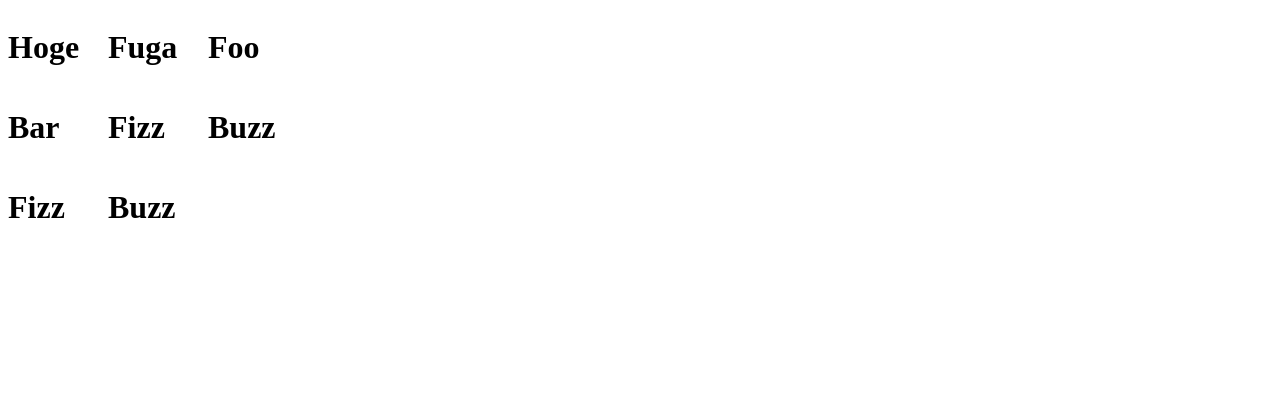
Repository: holly0324/samurai_HTML-CSS
Page: test.html
The author's editor kept a record of every edit. The page is drawn from the files as they stood at one moment, then again after the next edit.
The browser window is 1280 px wide. The pictures show the whole page.

Above is the page before.

After the next edit:
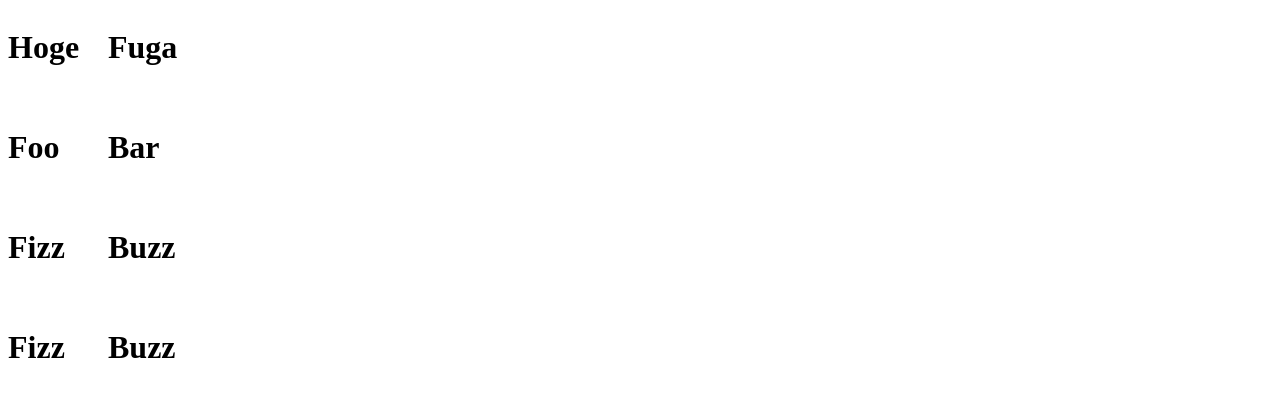
The edit:
--- a/test.html
+++ b/test.html
@@ -3,7 +3,8 @@
         <style>
         #grid {
             display: grid;
-            grid-template-columns: 100px 100px 100px;
+            grid-template-columns: 100px 100px;
+            grid-template-rows: 100px 100px 100px;
             }
         </style>
     </head>
